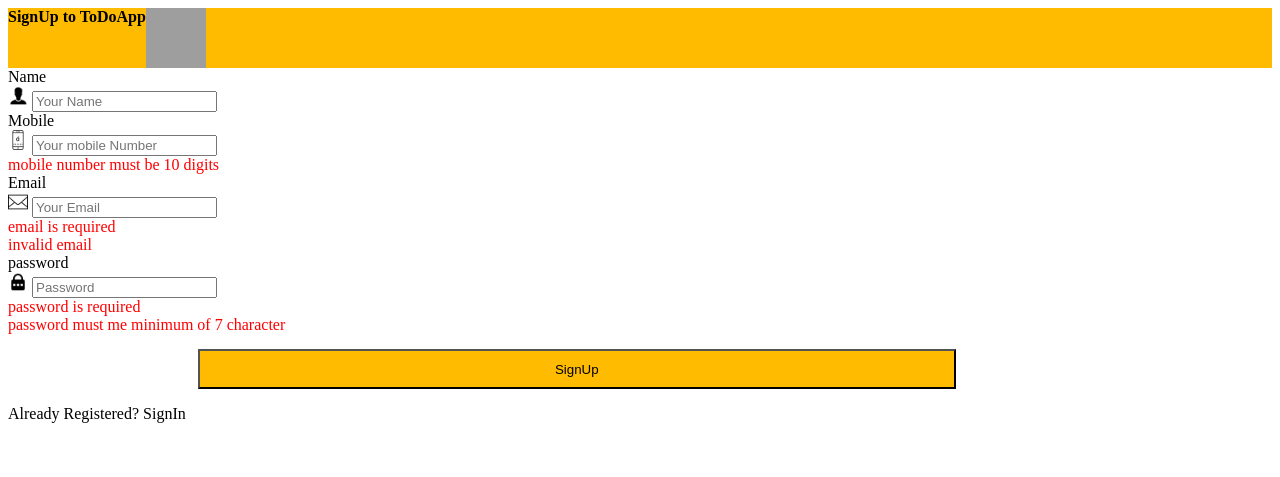
Repository: iamvinayhv/ToDoApp.
Page: toDoApp_2017/src/main/webapp/template/signUp.html
An editor plug-in stored every save of this project. The page is shown before and after the next save, followed by the edit.
The browser window is 1280 px wide. The pictures show the whole page.
Pictures or frames that could not be fetched are drawn as grey boxes.

Above is the page before, as saved 2017-06-22 07:10:37.

### toDoApp_2017/src/main/webapp/template/signUp.html
<div class="row">
	<div class="col-sm-4"></div>
		<div class="col-sm-4">

			<div data-ng-controller="signUpController">

				<nav id="navBar" class="navbar navbar-default navbar-fixed-top" role="navigation" style="background-color: #fb0;">
					      <div class="container">
					      <div class="navbar-header" style="display: flex;">


								<div class="navbar-brand" style="font-weight: bold;">
									SignUp to ToDoApp
								</div>
								<img src="images/todo.png" height="60px" width="60px">
						</div>
				      </div>

				</nav>



				<form name="signUpForm">

					<div id="signUpBody" >

						<div class="form-group">
								<label for="name" class="cols-sm-2 control-label">Name</label>
							<div class="cols-sm-10">
								<div class="input-group">
									<span class="input-group-addon"><img src="images/Contact.png" width="20px" height="20px"></span>
                                    <input type="text" class="form-control" name="name" id="form_name" data-ng-model="name" placeholder="Your Name" required/>
								</div>
							</div>
						</div>

						<span style="color: red" class="error_form" id="name_error_msg"></span>



						<div class="form-group">
								<label for="mobile" class="cols-sm-2 control-label">Mobile</label>
							<div class="cols-sm-10">
								<div class="input-group">
									<span class="input-group-addon"><img src="images/phone.png" width="20px" height="20px"></span>
									<input type="number" class="form-control" name="mobile" id="form_mobile" data-ng-model="mobile"  placeholder="Your mobile Number" data-ng-minlength="10" data-ng-maxlength="10" required/>
								</div>
								<div style="color: red" data-ng-show="signUpForm.mobile.$dirty">
									<div data-ng-show="signUpForm.mobile.$invalid">mobile number must be 10 digits</div>
								</div>
							</div>
						</div>

						<span style="color:red" class="error_form" id="mobile_error_msg"></span>




						<div class="form-group">
								<label for="email" class="cols-sm-2 control-label">Email</label>
							<div class="cols-sm-10">
								<div class="input-group">
									<span class="input-group-addon"><img src="images/mail.png" width="20px" height="20px"></span>
									<input type="email" class="form-control" name="mail" id="form_email" data-ng-model="email" placeholder="Your Email" required/>
								</div>

									<div style="color: red" data-ng-show="signUpForm.mail.$dirty">
										<div data-ng-show="signUpForm.mail.$error.required">email is required</div>
										<div data-ng-show="signUpForm.mail.$error.email">invalid email</div>
									</div>
							</div>
						</div>

						<span style="color: red" class="error_form" id="email_error_msg"></span>


						<div class="form-group">
								<label for="password" class="cols-sm-2 control-label">password</label>
							<div class="cols-sm-10">
								<div class="input-group">
									<span class="input-group-addon"><img src="images/Password.png" width="20px" height="20px"></span>
									<input type="password" class="form-control" name="password" id="form_password" data-ng-model="password"  placeholder="Password" data-ng-minlength="7" required/>
								</div>

								<div style="color: red" data-ng-show="signUpForm.password.$dirty">
										<div data-ng-show="signUpForm.password.$error.required">password is required</div>
										<div data-ng-show="signUpForm.password.$invalid">password must me minimum of 7 character</div>
								</div>

							</div>
						</div>

						<span style="color: red" class="error_form" id="password_error_msg"></span>

						<div><button class="btn btn-success" type="button" data-ng-click="signUp()" style="width: 30%;margin-left: 15%;width: 60%;height: 40px;background-color: #fb0;margin-top: 15px;">SignUp</button></div>

					</form>

			</div>

			<div id="signUpBottom">
				<a style="color: black;" data-ui-sref="signIn">Already Registered? SignIn</a>
			</div>


	</div>
</div>

After the next save:
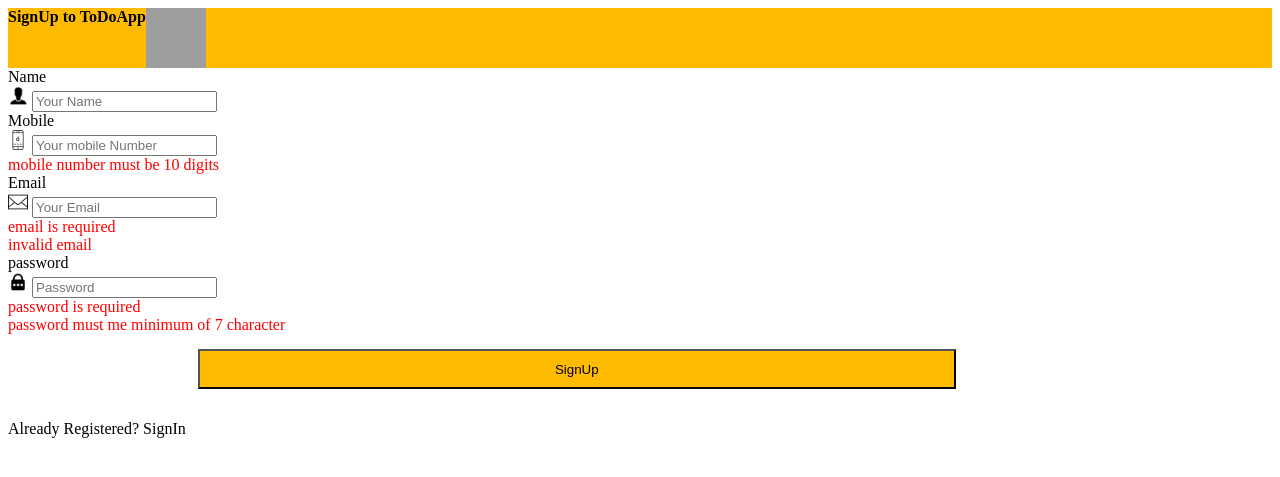
Saved 7 s later.
--- a/toDoApp_2017/src/main/webapp/template/signUp.html
+++ b/toDoApp_2017/src/main/webapp/template/signUp.html
@@ -92,7 +92,7 @@
 
 						<span style="color: red" class="error_form" id="password_error_msg"></span>
 
-						<div><button class="btn btn-success" type="button" data-ng-click="signUp()" style="width: 30%;margin-left: 15%;width: 60%;height: 40px;background-color: #fb0;margin-top: 15px;">SignUp</button></div>
+						<div><button class="btn btn-success" type="button" data-ng-click="signUp()" style="width: 30%;margin-left: 15%;width: 60%;height: 40px;background-color: #fb0;margin-top: 15px;margin-bottom: 15px;">SignUp</button></div>
 
 					</form>
 
